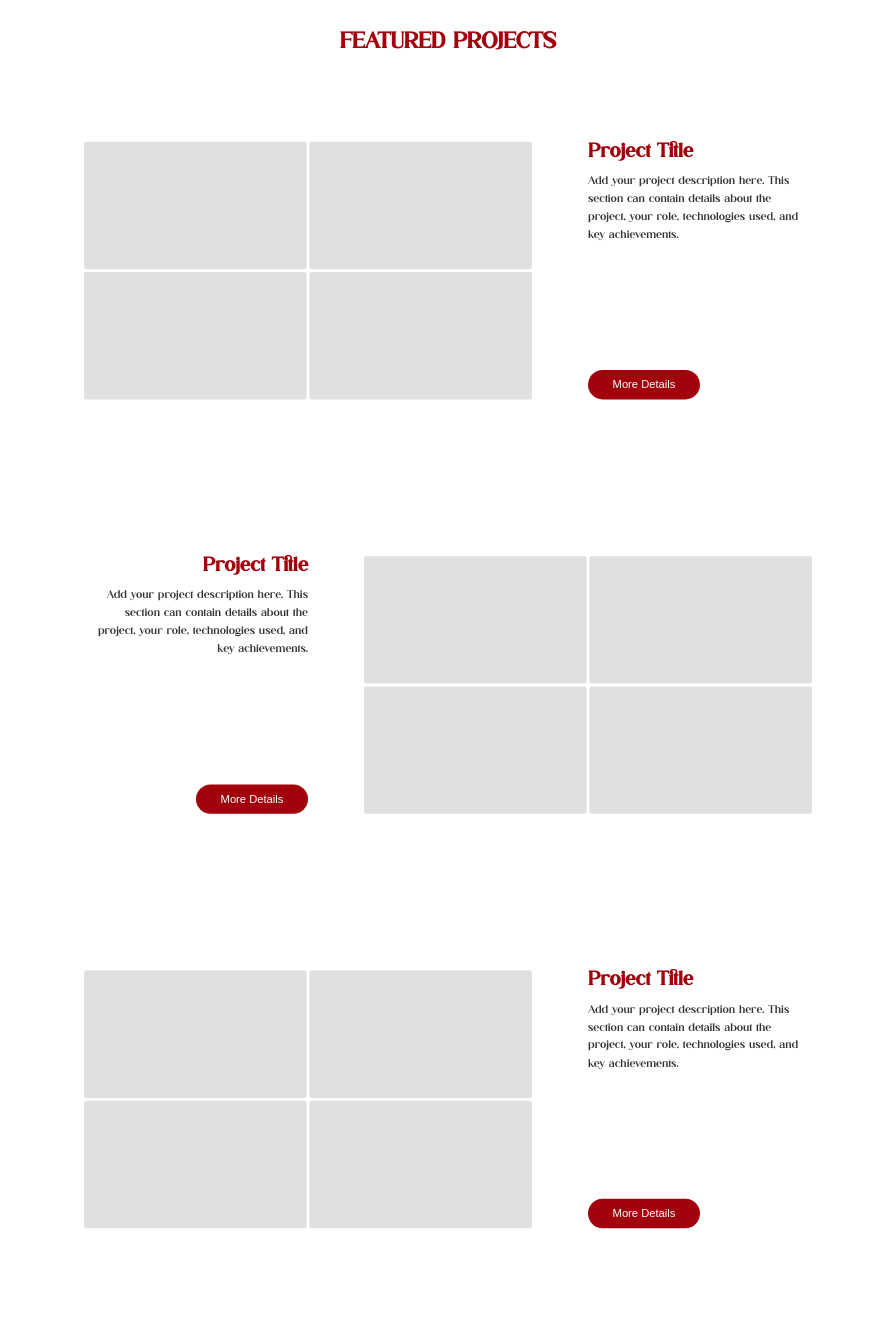
Repository: Micaelavalmores/Micaela-Portfolio
Page: /
An editor plug-in stored every save of this project. The page is shown before and after a run of saves, followed by the edit.
The browser window is 1280 px wide. The pictures show the part of the page from y = 552 to 2472 px (the page is 3122 px tall), at 70% of full size.
The project was rebuilt for these pictures with package versions that can differ from the ones it lists, and the page was loaded fresh each time. The framework's server and built-in components were replaced by stand-ins that run in the browser. Also part of the build but not shown: next.config.mjs.

Above is the page before, as saved 2026-01-27 13:03:28.

After the next 4 saves:
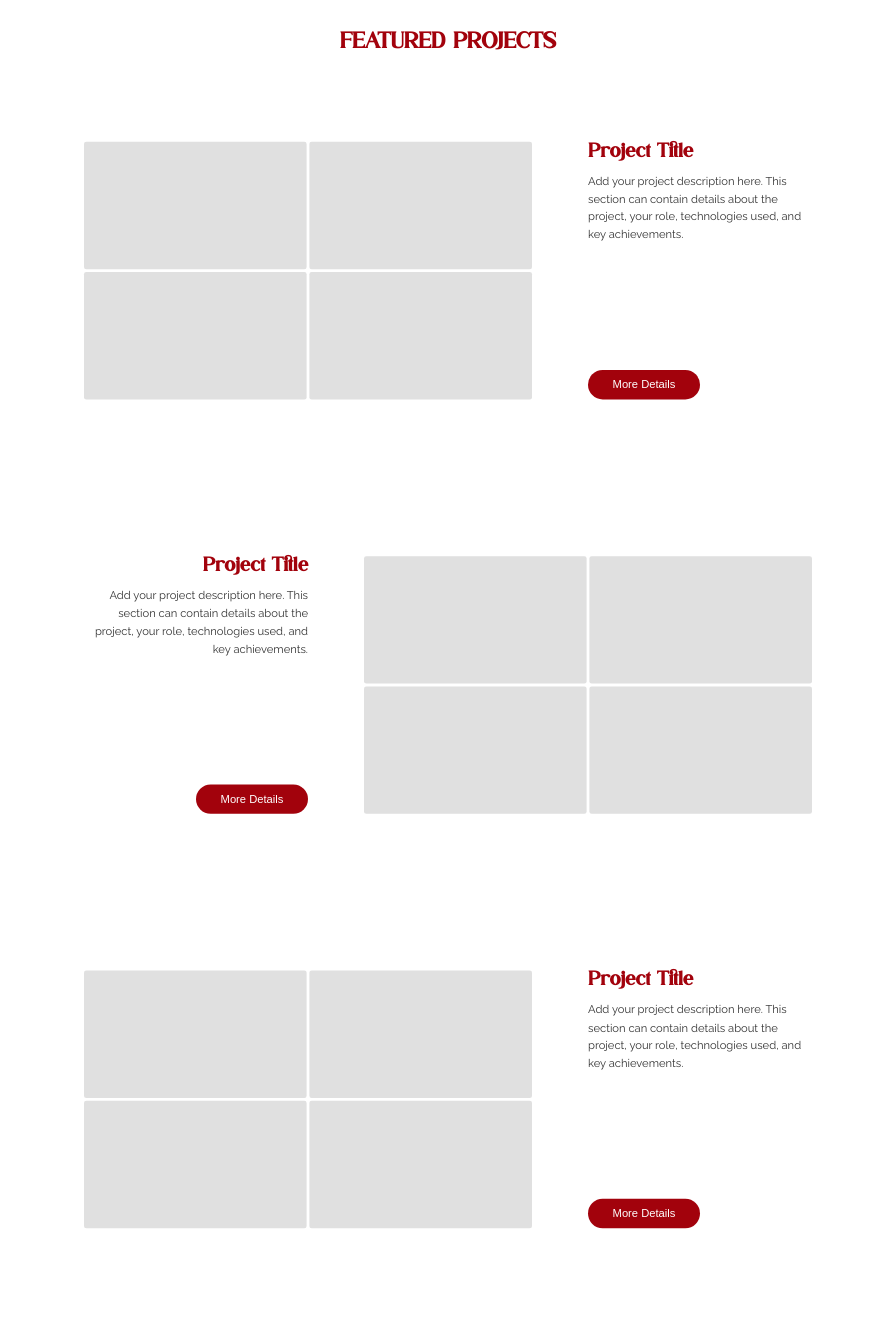
The 4 saves are shown as one change because they came seconds apart.
The last was saved 86 s later.
--- a/app/components/FtProj.module.css
+++ b/app/components/FtProj.module.css
@@ -60,6 +60,7 @@
   line-height: 1.6;
   color: #333;
   font-size: 1rem;
+  font-family: raleway;
 }
 
 .projectButton {
